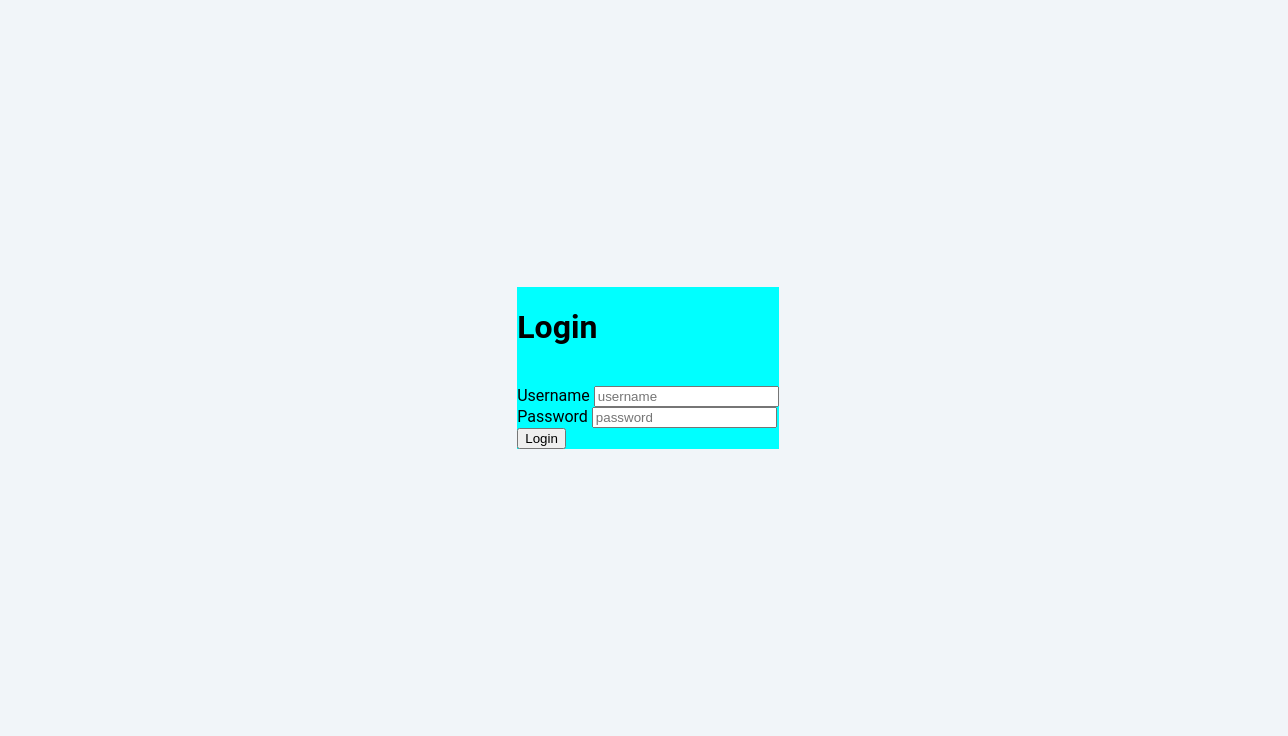
Repository: musdalifahzahra/Projek-Akhir-PWD-2026
Page: http://localhost/1-login.php
These files come from the project's save history. The page is drawn as it stood at one moment and after the next save; the edit follows.
The browser window is 1280 px wide. The page is 1288 px wide, so the pictures cover 1288 px, including what lies to the right of the window. The pictures show the whole page.
The page is run by PHP 8.4 with error messages shown; the project is at /var/www/html/.

Above is the page before, as saved 2026-04-10 20:31:55.

### 1-login.php
<?php
session_start();
$error = false;

if ($_SERVER["REQUEST_METHOD"] == "POST") {
    //php variabel
    $username = $_post["username"];
    $password = $_post["password"];

    //cek informasi login
    if ($username === "a" and $password === "a") {
        $_SESSION["username"] = $_POST["username"];
        $_SESSION["password"] = $_POST["password"];
        exit();
    } else {
        $error = true;
    }
}
?>

<!DOCTYPE html>
<html lang="en">

<head>
    <meta charset="UTF-8">
    <meta name="viewport" content="width=device-width, initial-scale=1.0">
    <title>Document</title>
    <link rel="stylesheet" href="template-css.css">
    <link rel="stylesheet" href="1-login-css.css">
</head>

<body>
    <div class="login">
        <h1>Login</h1> <br>
        <div class="form_login">
            <form action="2-dashboard.php" method="post">
                <!-- username -->
                <label for="username">Username</label>
                <input type="text" name="username" id="username" placeholder="username"><br>
                <!-- password -->
                <label for="password">Password</label>
                <input type="text" name="password" id="password" placeholder="password">
                <div class="pesan_error">
                    <?php if ($error === true) { ?>
                        <span>Ussername atau Password salah</span>
                    <?php } ?>
                </div>
                <button type="submit">Login</button>
            </form>
        </div>
    </div>
</body>

</html>

### template-css.css
:root {
  --color-nav: #1e293b;
  --color-bag-web: #F1F5F9;
  --color-card: #ffffff;
  --color-belum-dipencet: #94a3b8;
  --color-kurson: #cbd5e1;
  --color-tulisan-utama: #334155;
  --color-pemasukan: #10b981;
  --color-pengeluaran: #ef4444;
  --color-border: #e2e8f0;
  --color-border-card: #cbd5e1;
  --color-input: #F8FAFC;
}

body {
  font-family: "Roboto", sans-serif;
}

nav {
  background-color: var(--color-nav);
  height: 60px;
  display: flex;
  align-items: center;
  justify-content: space-between;
  padding: 0px 50px;
  z-index: 1;
}

nav span {
  color: var(--color-card);
}

nav ul {
  padding: 0px;
  margin: 0px;
  display: flex;
  gap: 20px;
}
nav li {
  margin-right: 5px;
  display: inline;
  font-style: none;
}

nav a {
  color: var(--color-belum-dipencet);
  text-decoration: none;
}

.nav-active {
  color: var(--color-card);
  text-decoration: underline;
  text-underline-offset: 5px;
}

nav a:hover {
  color: var(--color-kurson);
}
body {
  background-color: var(--color-bag-web);
}

### 1-login-css.css
body {
  height: 100vh;
  width: 100%;
  display: flex;
  justify-content: center;
  align-items: center;
}

.login{
    padding: 100 50px;
    background-color: aqua;
    /* width: 500px;
    height: 500px; */
}

After the next save:
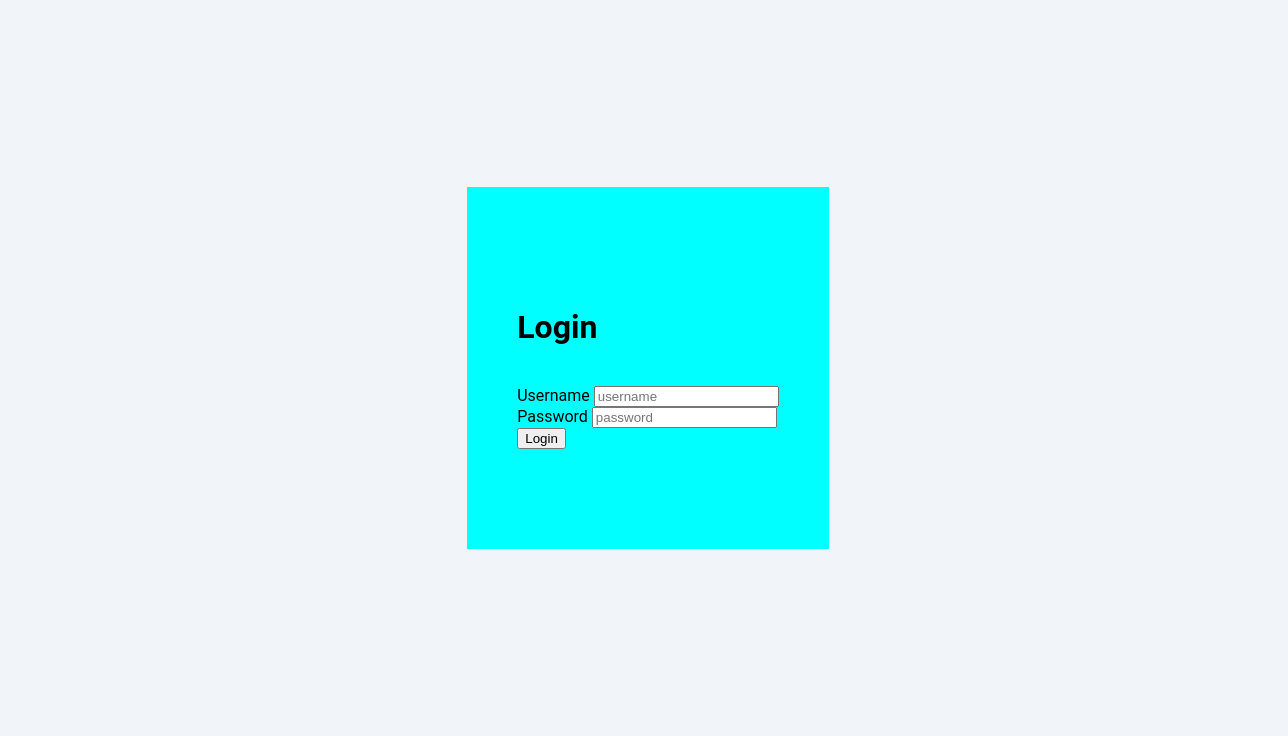
Saved 8 s later.
--- a/1-login-css.css
+++ b/1-login-css.css
@@ -7,7 +7,7 @@ body {
 }
 
 .login{
-    padding: 100 50px;
+    padding: 100px 50px;
     background-color: aqua;
     /* width: 500px;
     height: 500px; */
